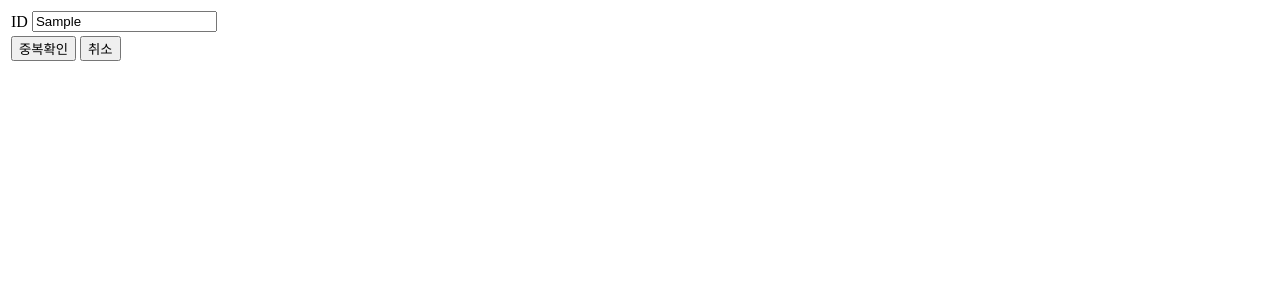
Repository: leedh909/Academy-web-
Page: 실습자료/JS(eclipse)/eclipse-js/JavaScript/WebContent/js13_window03.html
These files come from the project's save history. The page is drawn as it stood at one moment and after the next save; the edit follows.
The browser window is 1280 px wide. The pictures show the whole page.
Empty fields were first filled with sample values (such as "Sample", 5 or name@example.com).
After loading, the first visible `input[onclick="confirmChk();"]` was clicked once.

Above is the page before, as saved 2020-06-15 05:16:11.

### 실습자료/JS(eclipse)/eclipse-js/JavaScript/WebContent/js13_window03.html
<!DOCTYPE html>
<html>
<head>
<meta charset="UTF-8">
<title>Insert title here</title>
<script type="text/javascript">

	var ids = ["kh","java","script","lcj"];

	function confirmChk() {
		var id= document.getElementsByName("id")[0].value;

		var div = document.getElementsByTagName("div")[0];




	}

</script>
</head>
<body>

<table>
	<tr>
		<td>ID</td>
		<td><input type="text" name="id"></td>
	</tr>
	<tr>
		<td colspan="2">
			<input type="button" value="중복확인" onclick="confirmChk();">
			<input type="button" value="취소" onclick="self.close();">
		</td>
	</tr>
</table>
<div></div>

</body>
</html>

After the next save:
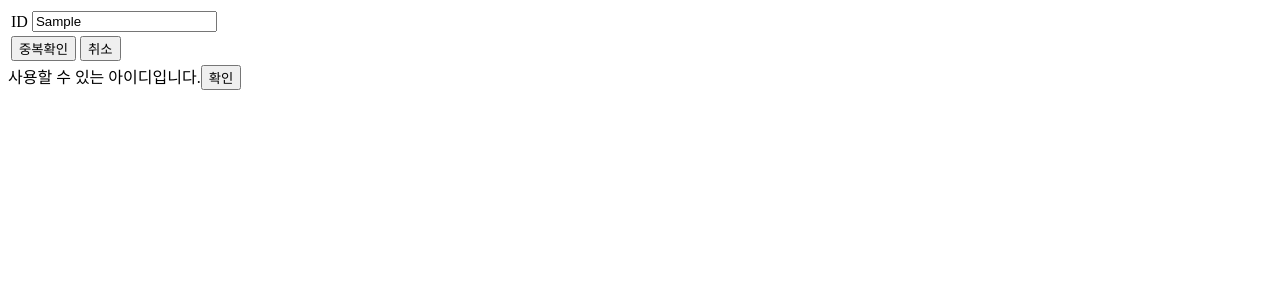
Saved 5 min 40 s later.
--- a/실습자료/JS(eclipse)/eclipse-js/JavaScript/WebContent/js13_window03.html
+++ b/실습자료/JS(eclipse)/eclipse-js/JavaScript/WebContent/js13_window03.html
@@ -12,6 +12,13 @@
 
 		var div = document.getElementsByTagName("div")[0];
 
+		if(ids.indexOf(id) != -1){
+			div.innerHTML="<b>아이디가 존재합니다.</b>";
+		}else{
+			var useId = "사용할 수 있는 아이디입니다."+"<input type='button' value='확인'" + "onclick='insertId(\""+id+"\");'>";
+
+			div.innerHTML = useId;
+		}
 
 
 
